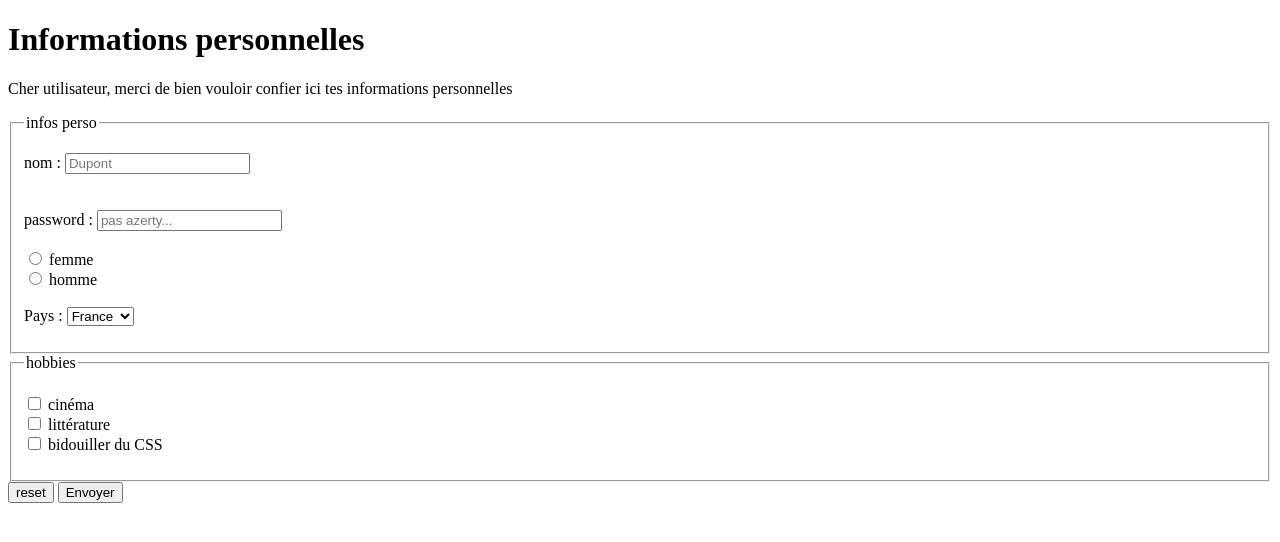
Repository: FabiendeBelleville/test
Page: GTM-eclipse-workspace-Fabien_Drouin/fabienFormulaire/WebContent/formulaire.html
An editor plug-in stored every save of this project. The page is shown before and after the next save, followed by the edit.
The browser window is 1280 px wide. The pictures show the whole page.

Above is the page before, as saved 2018-10-01 14:20:14.

After the next save:
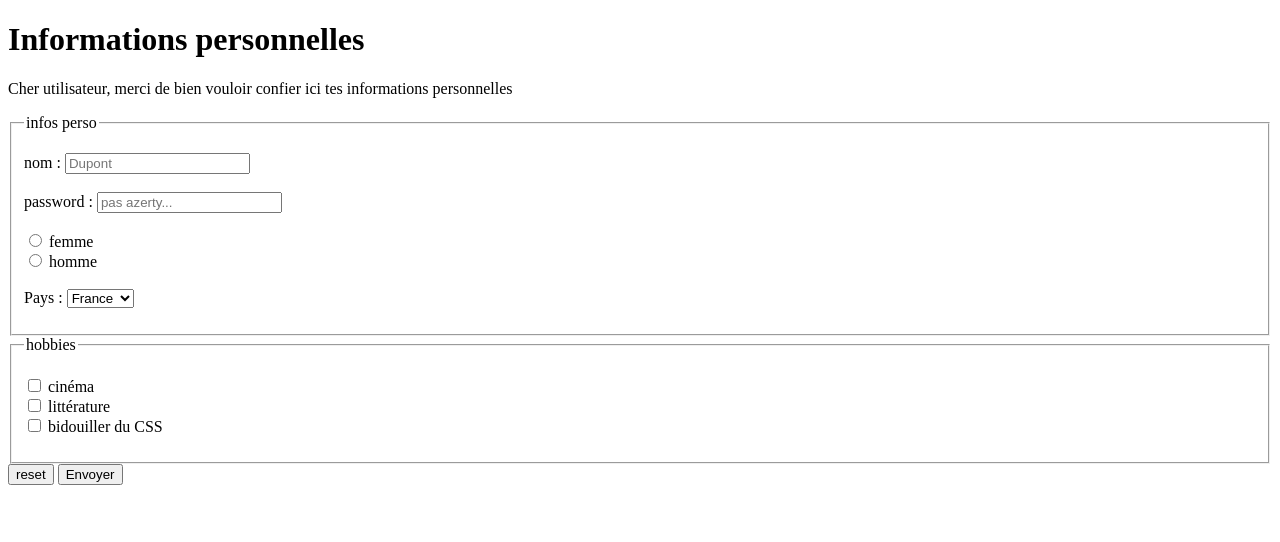
Saved 11 s later.
--- a/GTM-eclipse-workspace-Fabien_Drouin/fabienFormulaire/WebContent/formulaire.html
+++ b/GTM-eclipse-workspace-Fabien_Drouin/fabienFormulaire/WebContent/formulaire.html
@@ -16,7 +16,7 @@
 
 			<p>
 				nom : <input type="text" name="nom" placeholder="Dupont" /> <br>
-				<br> <br> password : <input
+				<br> password : <input
 					type="text" name="password" placeholder="pas azerty..." /> <br />
 				<br /> <input type="radio" name="sex" value="femme" id="femme" />
 				<label for="femme">femme</label> <br /> <input type="radio"
